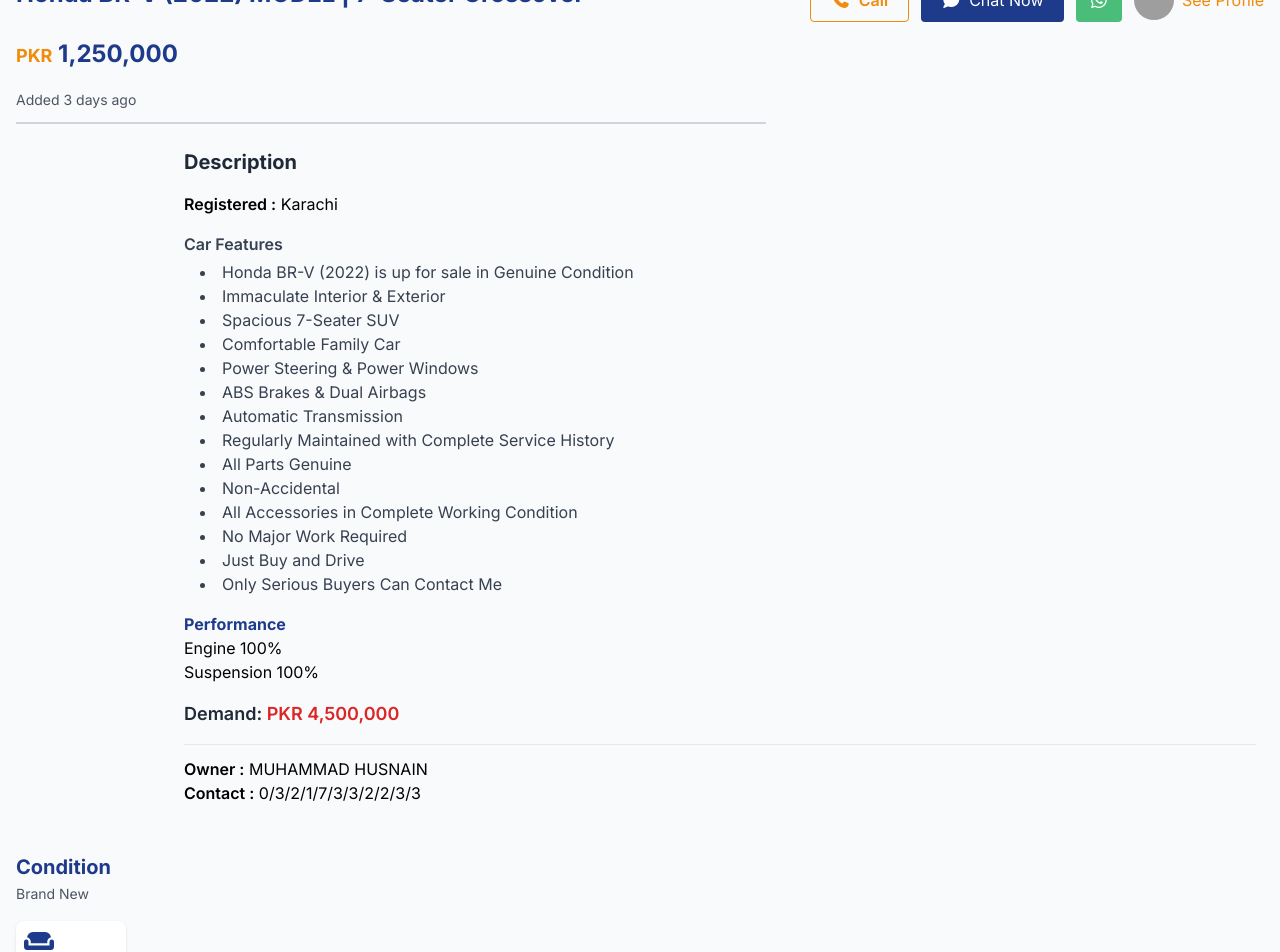
Repository: ARFA-SAEED/miljayega
Page: src/motorsPage/bikes_1.html
These files come from the project's save history. The page is drawn as it stood at one moment and after the next save; the edit follows.
The browser window is 1280 px wide. The pictures show the part of the page from y = 679 to 1631 px (the page is 2666 px tall).
Pictures or frames that could not be fetched are drawn as grey boxes. A picture or video elsewhere on the page could not be fetched, so the positions and the page height are approximate. Some web fonts or font styles are not loaded; a fallback is used. Some web libraries are served in a nearby version.

Above is the page before, as saved 2025-08-25 13:26:35.

After the next save:
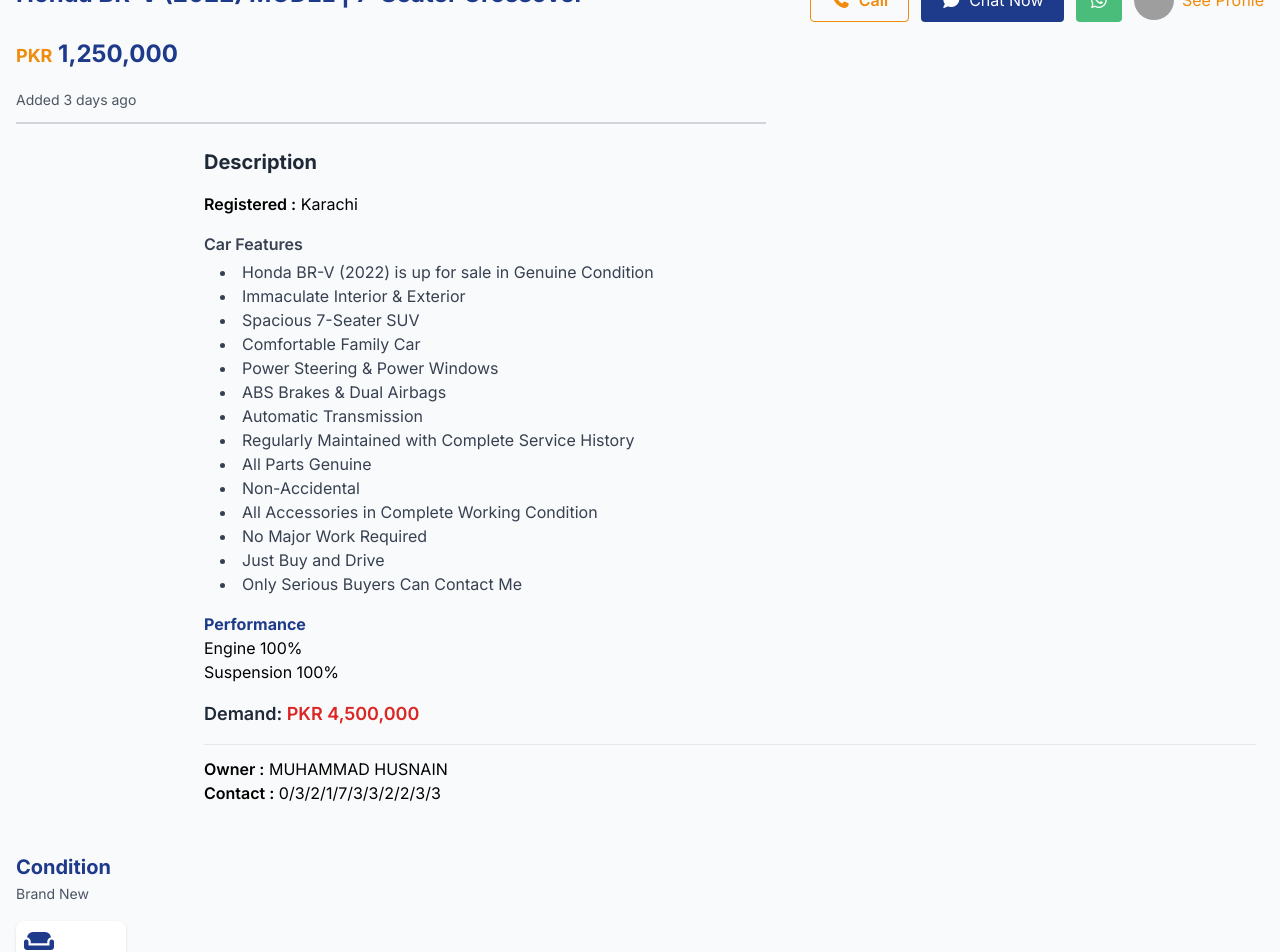
Saved 4 s later.
--- a/src/motorsPage/bikes_1.html
+++ b/src/motorsPage/bikes_1.html
@@ -146,7 +146,7 @@
         <p class="text-gray-600 text-sm mt-5 pb-3 border-b border-gray-300 border-b-2 w-[750px]">Added 3 days ago</p>
     </div>
 
-    <div class=" p-6 ms-[160px] space-y-4">
+    <div class=" p-6 ms-[180px] space-y-4">
         <h3 class="text-xl font-bold text-gray-800">Description</h3>
 
         <p><span class="font-semibold">Registered :</span> Karachi</p>
